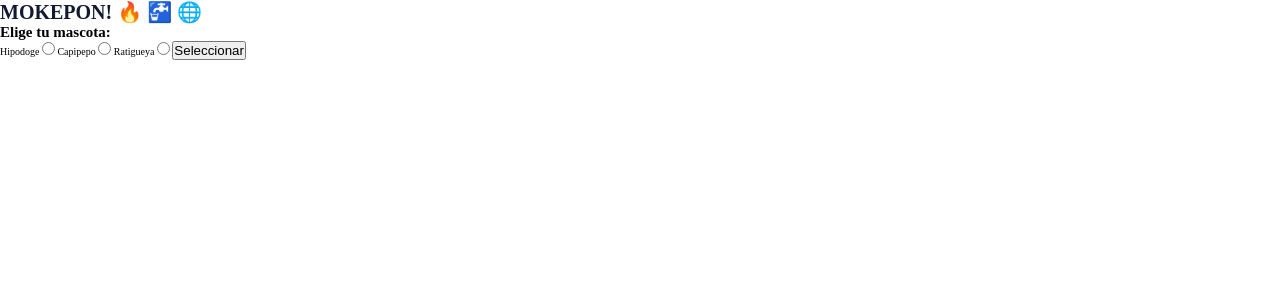
Repository: elto82/juegoMokepon
Page: mokepon/mokepon.html
An editor plug-in stored every save of this project. The page is shown before and after the next save, followed by the edit.
The browser window is 1280 px wide. The pictures show the whole page.

Above is the page before, as saved 2022-07-25 14:50:00.

### mokepon/mokepon.html
<!DOCTYPE html>
<html lang="en">

<head>
  <meta charset="UTF-8">
  <meta http-equiv="X-UA-Compatible" content="IE=edge">
  <meta name="viewport" content="width=device-width, initial-scale=1.0">
  <title>Mokepon</title>
  <script src="./js/mokepon.js"></script>
  <link rel="stylesheet" href="./css/styles.css">
</head>

<body>
  <h1 class="title">MOKEPON! 🔥 🚰 🌐</h1>

  <section id="seleccionar-mascota">
    <h2>Elige tu mascota:</h2>

    <label for="hipodoge">Hipodoge</label>
    <input type="radio" name="mascota" id="hipodoge">

    <label for="capipepo">Capipepo</label>
    <input type="radio" name="mascota" id="capipepo">

    <label for="ratigueya">Ratigueya</label>
    <input type="radio" name="mascota" id="ratigueya">


    <button id="boton-mascota">Seleccionar</button>
  </section>

  <section id="seleccionar-ataque">
    <h2>Elige tu ataque:</h2>
    <p>Tu mascota <span id="mascota-jugador"></span> tiene <span id="vida-jugador">3</span> vidas</p>
    <p>la mascota <span id="mascota-enemigo"></span> del enemigo tiene <span id="vida-enemigo">3</span> vidas</p>
    <div>
      <button id="boton-fuego">Fuego 🔥</button>
      <button id="boton-agua">Agua 🚰</button>
      <button id="boton-tierra">Tierra 🌐</button>
    </div>
  </section>

  <section id="mensajes">
    <!--   <p>Tu mascota atacó con Fuego, las mascota del enemigo atacó con Tierra , ganaste 🎉</p>
 -->
  </section>

  <section id="reiniciar">
    <button id="boton-reiniciar">Reiniciar</button>

  </section>


</body>

</html>

### mokepon/js/mokepon.js
let ataqueJugador;
let ataqueEnemigo;
let vidasJugador = 3;
let vidasEnemigo = 3;

function iniciarJuego() {
  let ocultarReinicio = document.getElementById('reiniciar')
  ocultarReinicio.style.display = 'none'

  let sectionSeleccionarAtaque = document.getElementById('seleccionar-ataque')
  sectionSeleccionarAtaque.style.display = 'none'

  let botonMascotaJugador = document.getElementById("boton-mascota");
  botonMascotaJugador.addEventListener("click", seleccionarMascotaJugador);

  let botonFuego = document.getElementById("boton-fuego");
  botonFuego.addEventListener("click", ataqueFuego);
  let botonAgua = document.getElementById("boton-agua");
  botonAgua.addEventListener("click", ataqueAgua);
  let botonTierra = document.getElementById("boton-tierra");
  botonTierra.addEventListener("click", ataqueTierra);

  let botonReiniciar = document.getElementById("boton-reiniciar");
  botonReiniciar.addEventListener("click", reiniciarJuego);
}

function ataqueFuego() {
  ataqueJugador = "FUEGO";
  ataqueAleatorioEnemigo();
}

function ataqueAgua() {
  ataqueJugador = "AGUA";
  ataqueAleatorioEnemigo();
}

function ataqueTierra() {
  ataqueJugador = "TIERRA";
  ataqueAleatorioEnemigo();
}

function ataqueAleatorioEnemigo() {
  let ataqueAleatorio = aleatorio(1, 3);

  if (ataqueAleatorio == 1) {
    ataqueEnemigo = "FUEGO";
  } else if (ataqueAleatorio == 2) {
    ataqueEnemigo = "AGUA";
  } else {
    ataqueEnemigo = "TIERRA";
  }

  combate();
}

function combate() {
  let spanVidaJugador = document.getElementById("vida-jugador");
  let spanVidaEnemigo = document.getElementById("vida-enemigo");

  if (ataqueEnemigo == ataqueJugador) {
    crearMensaje("EMPATE.");
  } else if (ataqueJugador == "FUEGO" && ataqueEnemigo == "TIERRA") {
    crearMensaje("GANASTE.");
    vidasEnemigo--;
    spanVidaEnemigo.innerHTML = vidasEnemigo;
  } else if (ataqueJugador == "AGUA" && ataqueEnemigo == "FUEGO") {
    crearMensaje("GANASTE.");
    vidasEnemigo--;
    spanVidaEnemigo.innerHTML = vidasEnemigo;
  } else if (ataqueJugador == "TIERRA" && ataqueEnemigo == "AGUA") {
    crearMensaje("GANASTE.");
    vidasEnemigo--;
    spanVidaEnemigo.innerHTML = vidasEnemigo;
  } else {
    crearMensaje("PERDISTE.");
    vidasJugador--;
    spanVidaJugador.innerHTML = vidasJugador;
  }
  //revisar vidas
  revisarvidas();
}

function revisarvidas() {
  if (vidasEnemigo == 0) {
    crearMensajeFinal("FELICITACIONES! ganaste 🎉🎉🎉");
    alert("FELICITACIONES! ganaste 🎉🎉🎉");

  } else if (vidasJugador == 0) {
    crearMensajeFinal("LO SIENTO! perdiste 😥🥲😭");
    alert("LO SIENTO! perdiste 😥🥲😭");
  }
}

function crearMensajeFinal(resultadoFinal) {
  let sectionMensajes = document.getElementById("mensajes");

  let parrafo = document.createElement("p");
  parrafo.innerHTML = resultadoFinal;

  sectionMensajes.appendChild(parrafo);

  let botonFuego = document.getElementById("boton-fuego");
  botonFuego.disabled = true;
  let botonAgua = document.getElementById("boton-agua");
  botonAgua.disabled = true;
  let botonTierra = document.getElementById("boton-tierra");
  botonTierra.disabled = true;

  let ocultarReinicio = document.getElementById('reiniciar')
  ocultarReinicio.style.display = 'block'
}

function crearMensaje(resultado) {
  let sectionMensajes = document.getElementById("mensajes");

  let parrafo = document.createElement("p");
  parrafo.innerHTML = `Tu mascota atacó con ${ataqueJugador}, la mascota del enemigo ataco con ${ataqueEnemigo},${resultado}`;

  sectionMensajes.appendChild(parrafo);
}

function seleccionarMascotaJugador() {
  let sectionSeleccionarMascota = document.getElementById('seleccionar-mascota')
  sectionSeleccionarMascota.style.display = 'none'

  let sectionSeleccionarAtaque = document.getElementById('seleccionar-ataque')
  sectionSeleccionarAtaque.style.display = 'block'

  let inputHipodoge = document.getElementById("hipodoge");
  let inputCapipepo = document.getElementById("capipepo");
  let inputRatigueya = document.getElementById("ratigueya");

  let spanMascotaJugador = document.getElementById("mascota-jugador");

  if (inputHipodoge.checked) {
    spanMascotaJugador.innerHTML = "Hipodoge";
  } else if (inputCapipepo.checked) {
    spanMascotaJugador.innerHTML = "Capipepo";
  } else if (inputRatigueya.checked) {
    spanMascotaJugador.innerHTML = "Ratigueya";
  } else {
    alert("No has seleccionado una mascota");
    reiniciarJuego();
  }

  seleccionarMascotaEnemigo();
}

function aleatorio(min, max) {
  return Math.floor(Math.random() * (max - min + 1) + min);
}

function seleccionarMascotaEnemigo() {
  let mascotaAleatorio = aleatorio(1, 3);
  let spanMascotaEnemigo = document.getElementById("mascota-enemigo");

  if (mascotaAleatorio == 1) {
    //Hipodoge
    spanMascotaEnemigo.innerHTML = "Hipodoge";
  } else if (mascotaAleatorio == 2) {
    //Capipepo
    spanMascotaEnemigo.innerHTML = "Capipepo";
  } else {
    //Ratigueya
    spanMascotaEnemigo.innerHTML = "Ratigueya";
  }
}

function reiniciarJuego() {
  location.reload();
}

window.addEventListener("load", iniciarJuego);

### mokepon/css/styles.css
*{
  box-sizing: border-box;
  margin: 0;
  padding: 0;
}

html{
  font-size: 62.5%;
}

.title{
  color: #141830;
}

After the next save:
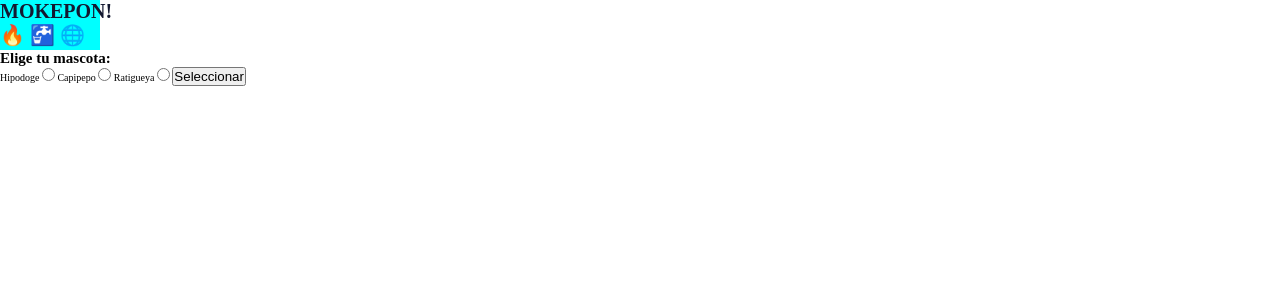
Saved 71 s later.
--- a/mokepon/css/styles.css
+++ b/mokepon/css/styles.css
@@ -10,4 +10,7 @@ html{
 
 .title{
   color: #141830;
+  width: 10rem;
+  height: 5rem;
+  background-color: aqua;
 }
